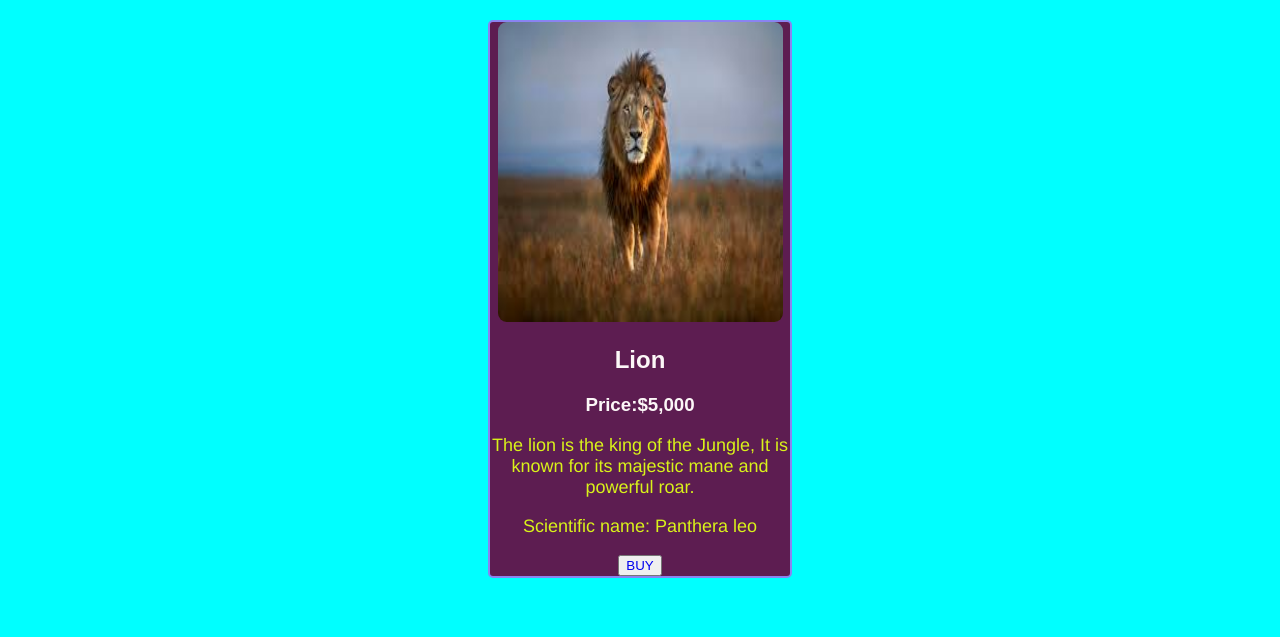
Repository: KingBoyMaylow/Animal-trading-card
Page: index.html
An editor plug-in stored every save of this project. The page is shown before and after a run of saves, followed by the edit.
The browser window is 1280 px wide. The pictures show the whole page.

Above is the page before, as saved 2024-05-15 10:31:41.

After the next 2 saves:
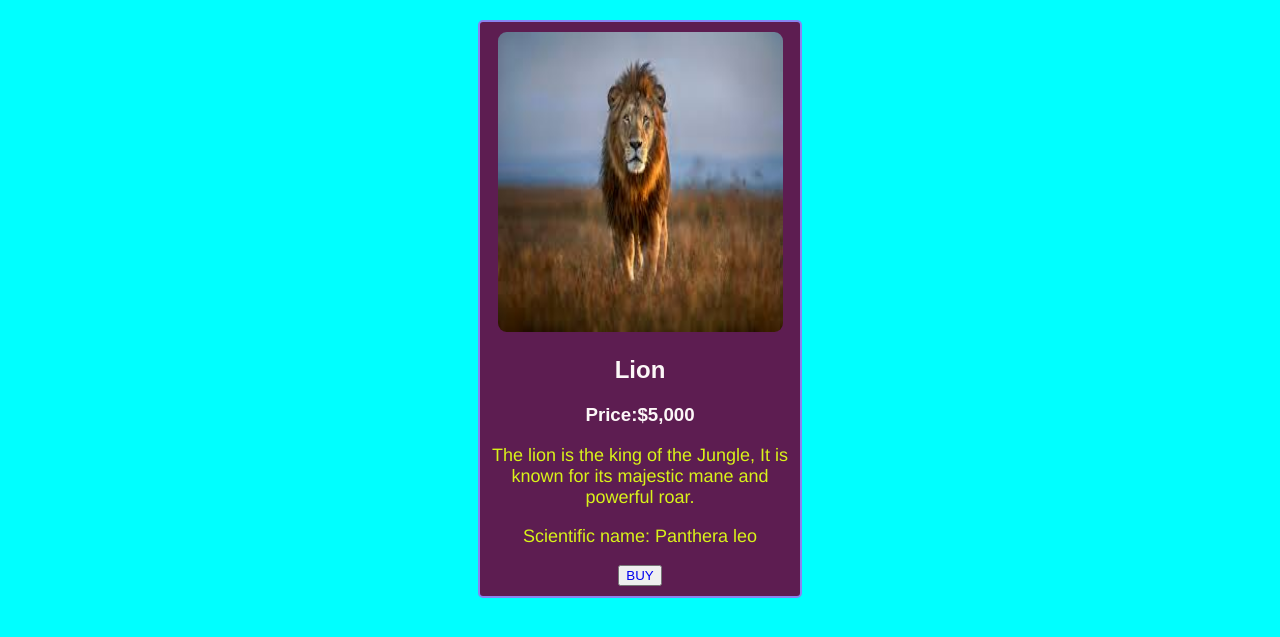
The 2 saves are shown as one change because they came seconds apart.
The last was saved 18 s later.
--- a/index.html
+++ b/index.html
@@ -23,7 +23,7 @@
         border: 2px solid #8a83f1;
         border-radius: 5px;
         margin: 20px auto;
-        padding top: 10px 10px;
+        padding: 10px 10px;
         background-color: #5d1d51;
     }
     .card img {
